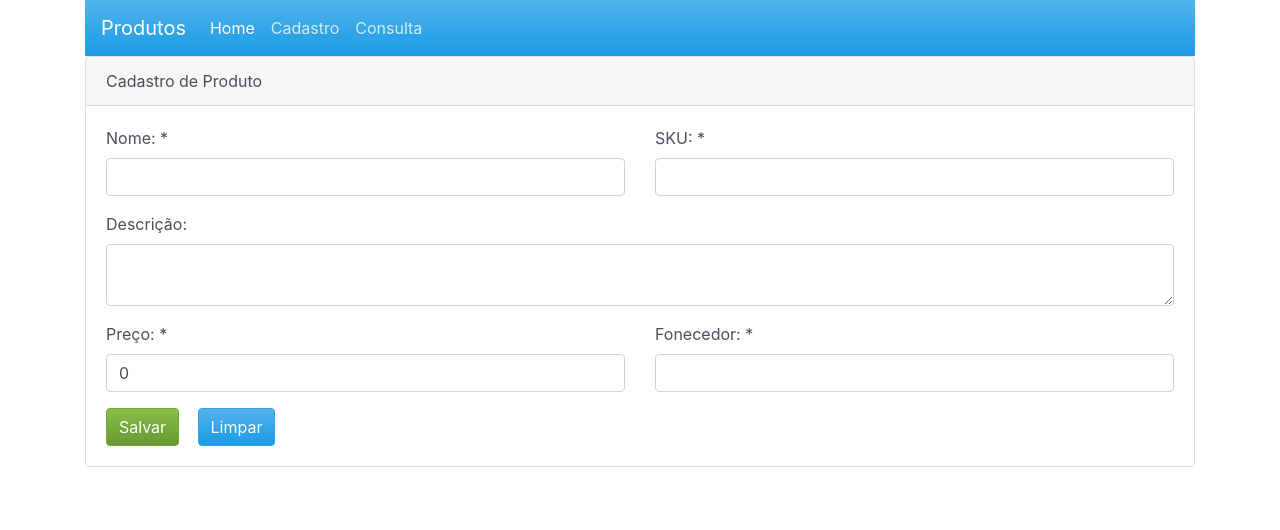
Repository: charles014/curso-react-2020
Page: /#/cadastro-produtos (app in cadastro-produtos/)
The author's editor kept a copy of each file at every save. The page is drawn from the files as they stood at one save, then again after the next save.
The browser window is 1280 px wide. The pictures show the whole page.
Some web libraries are served in a nearby version. The project was rebuilt for these pictures with package versions that can differ from the ones it lists, and the page was loaded fresh each time. Also part of the build but not shown: cadastro-produtos/src/index.css, cadastro-produtos/src/pages/home.js, cadastro-produtos/src/pages/produtos/consulta.js.

Above is the page before, as saved 2020-09-21 10:42:55.

After the next save:
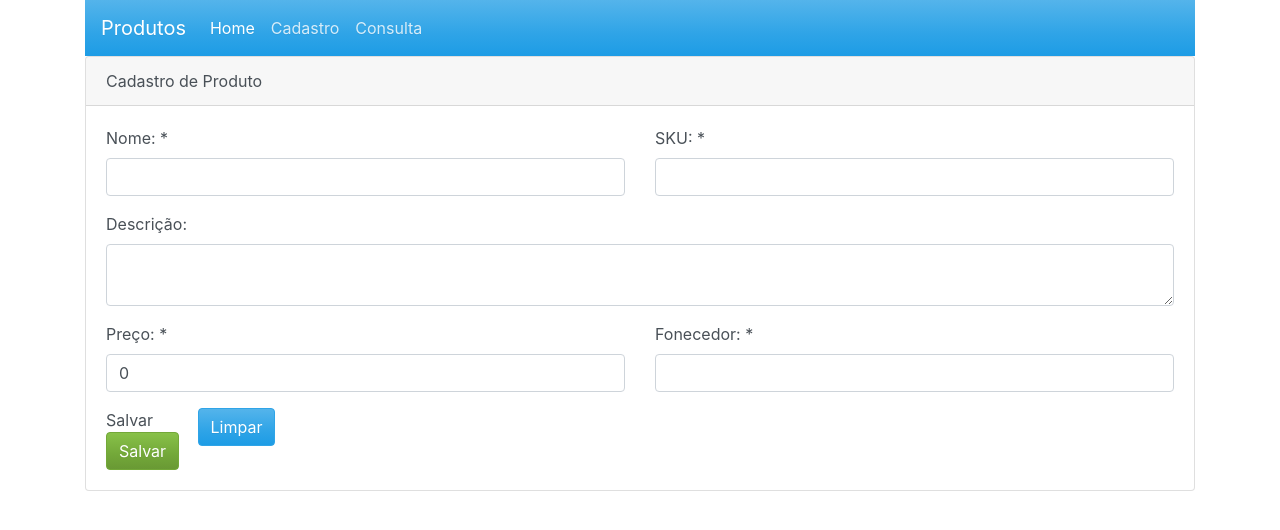
Saved 107 s later.
--- a/cadastro-produtos/src/pages/produtos/cadastro.js
+++ b/cadastro-produtos/src/pages/produtos/cadastro.js
@@ -131,6 +131,7 @@
 
                          <div className="row">
                               <div className="col-md-1">
+                                   {this.state.atualizando ? 'Atulizar' : 'Salvar'}
                                    <button onClick={this.onSubmit} className="btn btn-success">Salvar </button>
                               </div>
                               <div className="col-md-1">

After the save that followed:
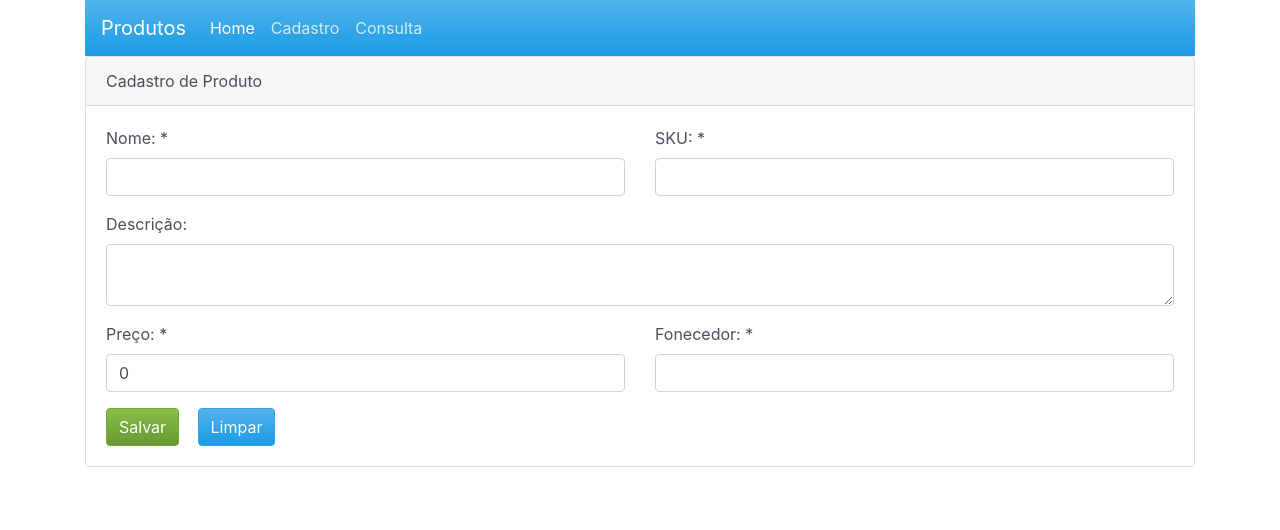
Saved 37 s later.
--- a/cadastro-produtos/src/pages/produtos/cadastro.js
+++ b/cadastro-produtos/src/pages/produtos/cadastro.js
@@ -131,8 +131,7 @@
 
                          <div className="row">
                               <div className="col-md-1">
-                                   {this.state.atualizando ? 'Atulizar' : 'Salvar'}
-                                   <button onClick={this.onSubmit} className="btn btn-success">Salvar </button>
+                                   <button onClick={this.onSubmit} className="btn btn-success">{this.state.atualizando ? 'Atulizar' : 'Salvar'} </button>
                               </div>
                               <div className="col-md-1">
                                    <button onClick={this.limpaCampos} className="btn btn-primary">Limpar </button>
